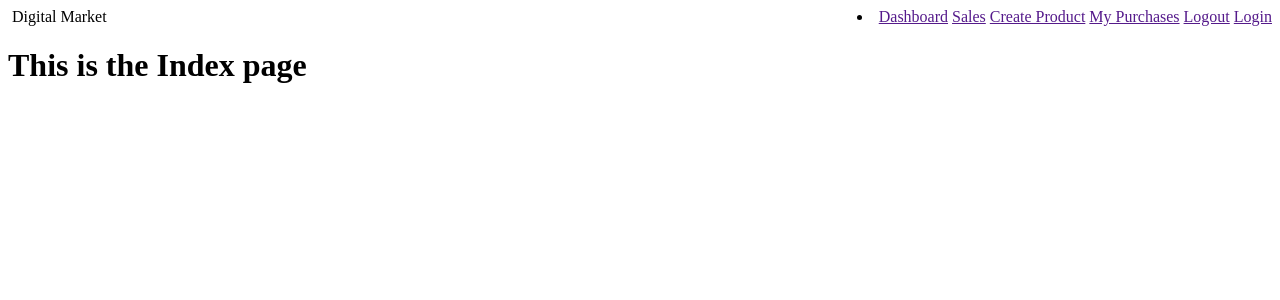
Repository: Zedestar/DigitalMarket_django
Page: http://localhost/
An editor plug-in stored every save of this project. The page is shown before and after the next save, followed by the edit.
The browser window is 1280 px wide. The pictures show the whole page.
The page is served by the project's application, run on Django 5.2 (manage.py). Style sheets and scripts are compiled from the project's sources, by tool versions that may differ from the author's.

Above is the page before, as saved 2025-03-19 16:32:07.

After the next save:
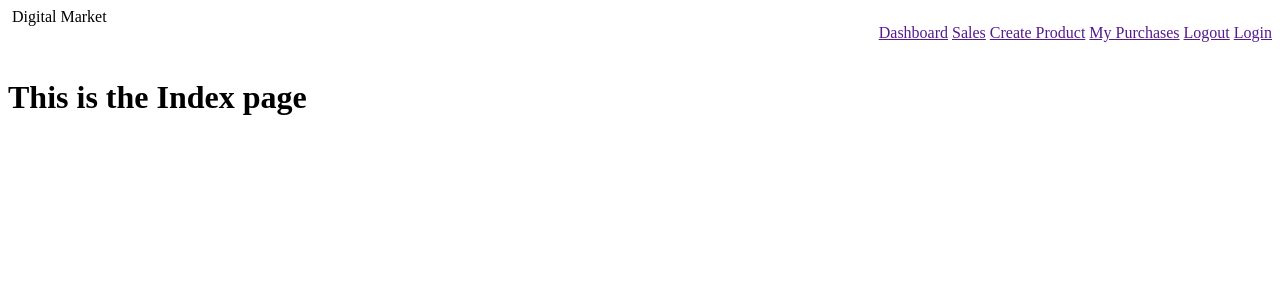
Saved 32 s later.
--- a/templates/base.html
+++ b/templates/base.html
@@ -13,14 +13,14 @@
                 <img src="" alt="">
                 <span>Digital Market</span>
             </div>
-            <li class="mr-6">
+            <ul class="mr-6">
                 <a href="">Dashboard</a>
                 <a href="">Sales</a>
                 <a href="">Create Product</a>
                 <a href="">My Purchases</a>
                 <a href="">Logout</a>
                 <a href="">Login</a>
-            </li>
+            </ul>
         </div>
         {% block body %}
         {% endblock body %}
